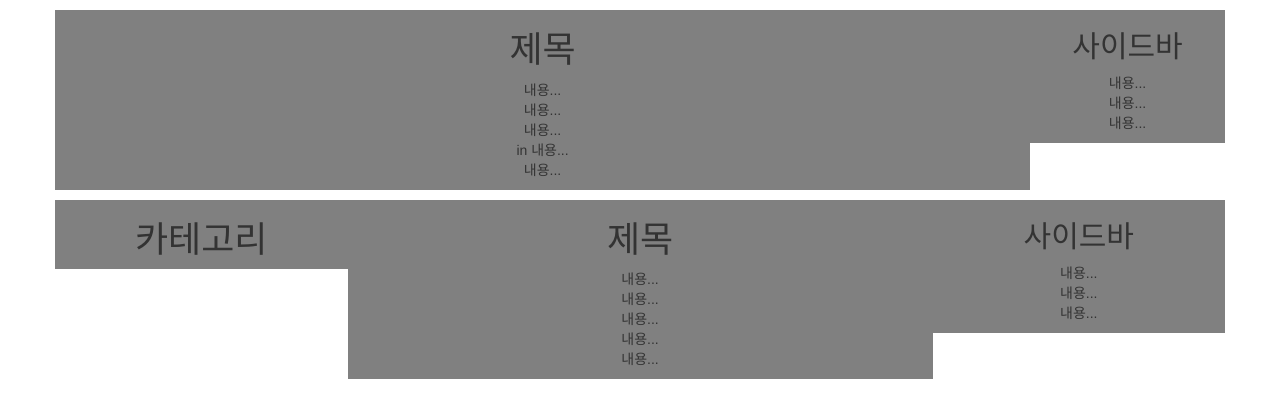
Repository: snowcuphea/webwork_class
Page: clientweb/WebContent/bootstrap/layout01.html
The author's editor kept a copy of each file at every save. The page is drawn from the files as they stood at one save, then again after the next save.
The browser window is 1280 px wide. The pictures show the whole page.

Above is the page before, as saved 2020-01-06 05:59:47.

### clientweb/WebContent/bootstrap/layout01.html
<!DOCTYPE html>
<html>
<head>
<meta charset="EUC-KR">
<title>Insert title here</title>
<style type="text/css">
 	[class*=col]{
 		background-color: gray;
 		text-align: center;
 		margin-top: 10px;

 	}

 </style>
  <link rel="stylesheet" href="https://maxcdn.bootstrapcdn.com/bootstrap/3.4.1/css/bootstrap.min.css">
  <script src="https://ajax.googleapis.com/ajax/libs/jquery/3.4.1/jquery.min.js"></script>
  <script src="https://maxcdn.bootstrapcdn.com/bootstrap/3.4.1/js/bootstrap.min.js"></script>
</head>
<body>
	<div class = "container">
	  	<div class = "row"> <!-- 하나의 행으로 인식시키겠다는 뜻 -->
	  	<!-- 하나의 row는 뭘로 잡던지간에 12개로 계산이 맞춰지면 된다.  -->
	        <div class = "col-lg-10">
	            <h1>제목</h1>
	            <p>
	                내용...<br />
	                내용...<br />
	                내용...<br />in
	                내용...<br />
	                내용...<br />
	            </p>
	        </div>
	        <div class= "col-lg-2">
	            <h2>사이드바</h2>
	            <p>
	                내용...<br />
	                내용...<br />
	                내용...<br />
	            </p>
	        </div>
	    </div>



	    <div class = "row">
	        <div class = "col-md-3">
	            <h1>카테고리</h1>
	        </div>
	        <div class = "col-md-6">
	            <h1>제목</h1>
	            <p>
	                내용...<br />
	                내용...<br />
	                내용...<br />
	                내용...<br />
	                내용...<br />
	            </p>
	        </div>
	        <div class ="col-md-3">
	            <h2>사이드바</h2>
	            <p>
	                내용...<br />
	                내용...<br />
	                내용...<br />
	            </p>
	        </div>
	    </div>

	 </div>
</body>

After the next save:
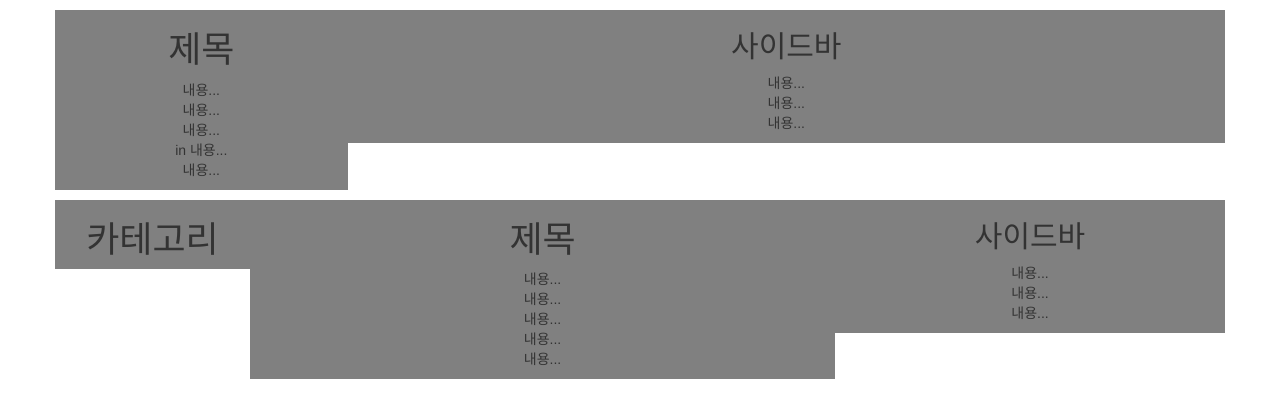
Saved 2 min 23 s later.
--- a/clientweb/WebContent/bootstrap/layout01.html
+++ b/clientweb/WebContent/bootstrap/layout01.html
@@ -20,7 +20,7 @@
 	<div class = "container">
 	  	<div class = "row"> <!-- 하나의 행으로 인식시키겠다는 뜻 -->
 	  	<!-- 하나의 row는 뭘로 잡던지간에 12개로 계산이 맞춰지면 된다.  -->
-	        <div class = "col-lg-10">
+	        <div class = "col-lg-3">
 	            <h1>제목</h1>
 	            <p>
 	                내용...<br />
@@ -30,7 +30,7 @@
 	                내용...<br />
 	            </p>
 	        </div>
-	        <div class= "col-lg-2">
+	        <div class= "col-lg-9">
 	            <h2>사이드바</h2>
 	            <p>
 	                내용...<br />
@@ -43,7 +43,7 @@
 
 
 	    <div class = "row">
-	        <div class = "col-md-3">
+	        <div class = "col-md-2">
 	            <h1>카테고리</h1>
 	        </div>
 	        <div class = "col-md-6">
@@ -56,7 +56,7 @@
 	                내용...<br />
 	            </p>
 	        </div>
-	        <div class ="col-md-3">
+	        <div class ="col-md-4">
 	            <h2>사이드바</h2>
 	            <p>
 	                내용...<br />
